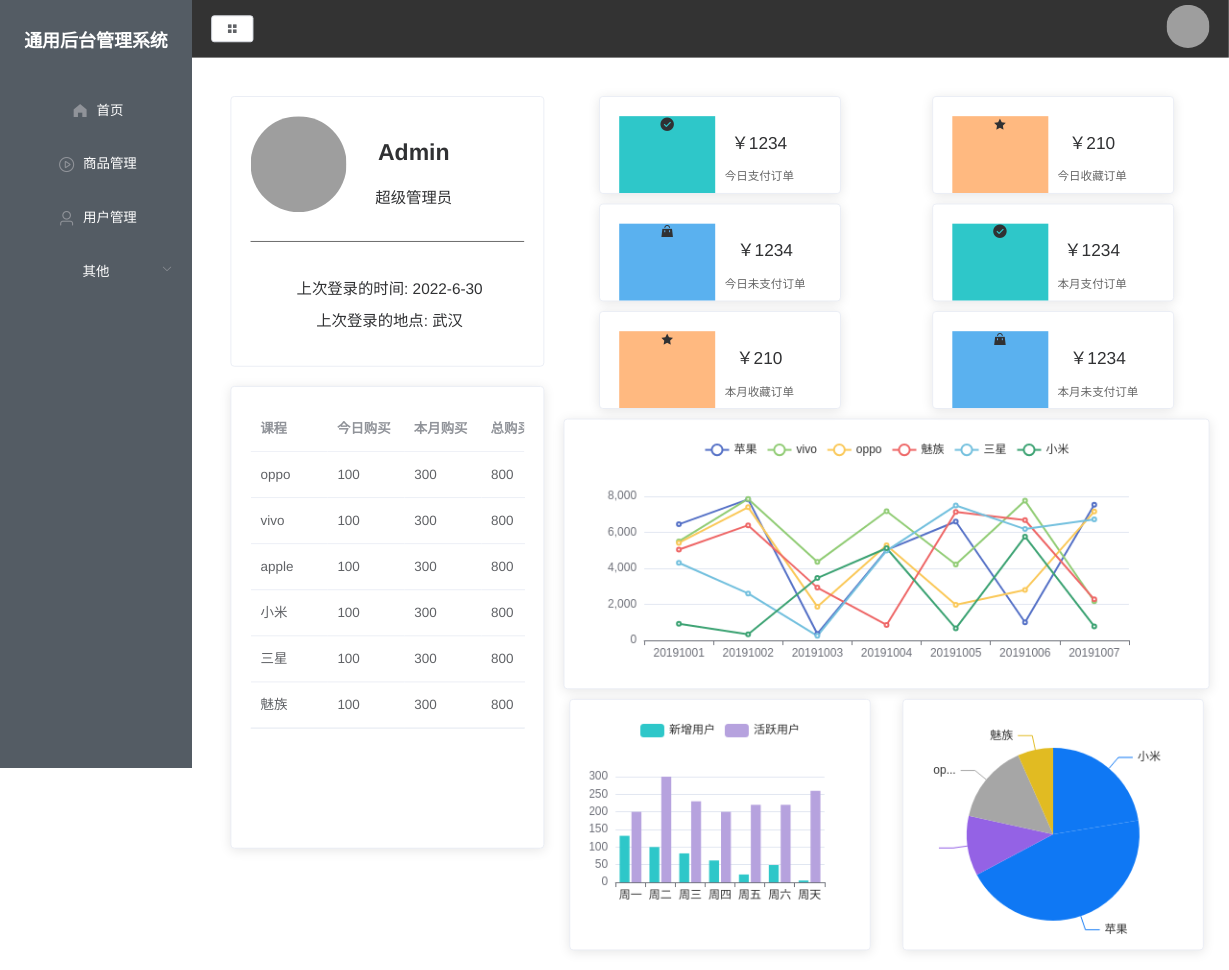
Repository: zhangwen001208/cmd
Page: /
An editor plug-in stored every save of this project. The page is shown before and after the next save, followed by the edit.
The browser window is 1280 px wide. The pictures show the whole page, at 96% of full size.
Pictures or frames that could not be fetched are drawn as grey boxes. The project was rebuilt for these pictures with package versions that can differ from the ones it lists, and the page was loaded fresh each time. Also part of the build but not shown: vue.config.js.

Above is the page before, as saved 2022-08-27 12:47:22.

### src/main.js
import Vue from 'vue'
import App from './App.vue'
import router from './router'
import store from './store'
import ElementUI from 'element-ui';
import 'element-ui/lib/theme-chalk/index.css';

import 'normalize.css'
import './assets/css/index.less'

import '../src/request/mock.js'

Vue.config.productionTip = false

Vue.use( ElementUI )

new Vue({
  router,
  store,

  render: h => h(App)
}).$mount('#app')

### src/App.vue
<template>
  <div id="app">
    <router-view/>
  </div>
</template>

<style lang="less">
#app {
  font-family: Avenir, Helvetica, Arial, sans-serif;
  -webkit-font-smoothing: antialiased;
  -moz-osx-font-smoothing: grayscale;
  text-align: center;
  color: #2c3e50;
}

nav {
  padding: 30px;

  a {
    font-weight: bold;
    color: #2c3e50;

    &.router-link-exact-active {
      color: #42b983;
    }
  }
}
</style>

### src/router/index.js

import Vue from 'vue'
import VueRouter from 'vue-router'


Vue.use(VueRouter)

//即路由地址为’ / ’ 的页面，重复点击后重定向到的页面依然是Home页面，也就是所谓的产生了冗余导航，
const VueRouterPush = VueRouter.prototype.push
VueRouter.prototype.push = function push (location) {
  return  VueRouterPush.call(this, location).catch(err => err)
}


const routes = [
  {
    path: '/',
    name: 'main',
    component: () => import('../views/Main.vue'),
    children: [
      {
        path: '',
        name: 'home',

        component:() => import('../views/home/home.vue')
      },
      {
        path: '/user',
        name: 'user',
        component:() => import('../views/user/user.vue')
      },
      {
        path: '/mall',
        name: 'mall',
        component:() => import('../views/mall/mall.vue')
      },
      {
        path: '/page1',
        name: 'page1',
        component:() => import('../views/other/pageOne.vue')
      },
      {
        path: '/page2',
        name: 'page2  ',
        component:() => import('../views/other/pageTwo.vue')
      }



    ]
  },

]

const router = new VueRouter({
  mode: 'history',
  base: process.env.BASE_URL,
  routes
})






export default router

### src/store/index.js
import Vue from 'vue'
import Vuex from 'vuex'
import tab from './tab'

Vue.use(Vuex)

export default new Vuex.Store({
  state: {
  },
  getters: {
  },
  mutations: {
  },
  actions: {
  },
  modules: {
    tab
  }
})

### src/assets/css/index.less
@import './base.less';

### src/request/mock.js
import Mock from 'mockjs'
import homeApi from './home.js'


Mock.mock('/home/getData',homeApi.getStatisticalData )

### src/views/Main.vue
<template>
  <div class="home">
      <el-container style="height: 100%">
        <el-aside width="auto">
          <home-aside/>
        </el-aside>
        <el-container>
          <el-header class="header">
            <home-header></home-header>
          </el-header>
          <el-main>
          <router-view></router-view>
          </el-main>
        </el-container>
    </el-container>


  </div>
</template>

<script>

// @ is an alias to /src

import HomeAside from '../components/HomeAside.vue'
import homeHeader from '../components/homeHeader.vue'

export default {
  name: 'HomeView',
  components: {
    HomeAside,
    homeHeader

  }
}
</script>
<style lang="less" scoped>
.header{
  background-color: #333;
}

</style>

### src/views/home/home.vue
<!-- eslint-disable vue/multi-word-component-names -->
<template>
    <div>
        <el-row class="home">
            <el-col :span="8" style="margin-top: 20px">
                <el-card shadow='hover'>
                    <div class="user">
                        <img :src="userImg">
                        <div class="userinfo">
                            <p class="name">Admin</p>
                            <p class="access">超级管理员</p>
                        </div>
                    </div>
                     <div class="login-info">
                            <p>上次登录的时间: <span>2022-6-30</span></p>
                            <p>上次登录的地点: <span>武汉</span></p>

                        </div>

                </el-card>
                <el-card style="margin-top: 20px; height: 480px">
                     <el-table
                        :data="tableData"
                        >
                        <el-table-column
                        v-for="(val, key) in tableLabel"
                         :key="key"
                         :prop= 'key'
                         :label= 'val'
                        >
                        </el-table-column>

                    </el-table>

                     </el-card>


            </el-col>
            <el-col :span="16" style="margin-top: 20px">
                <div class="num">
                    <el-card v-for="item in countData" :key="item.name" :body-style="{ display: 'flex', paddig: 0 }">
                        <i class="icon" :class="`el-icon-${item.icon}`" :style="{background: item.color}"></i>
                        <div class="detail">
                            <p class="num">￥{{item.value}}</p>
                            <p class="text">{{item.name}}</p>
                        </div>

                    </el-card>

                </div>
                <el-card style="height: 280px">
                    <div style="height: 280px" ref="echarts"></div>
                </el-card>

                <div class="graph">
                    <el-card style="height: 260px">
                        <div style="height: 240px" ref="userecharts"> </div>
                    </el-card>
                    <el-card style="height: 260px">
                        <div style="height: 240px" ref="videoecharts"> </div>
                    </el-card>
                </div>

            </el-col>

        </el-row>

    </div>
</template>

<script>
import { getData } from '../../request/data.js'
import * as echarts from 'echarts';



    export default {
        data() {
            return {
                userImg: require('../../assets/img/tx.jpeg'),
                tableData: [

                ],
                tableLabel: {
                    name: '课程',
                    todayBuy: '今日购买',
                    monthBuy: '本月购买',
                    totalBuy: '总购买'

                },
                countData: [
                    {
                        name: '今日支付订单',
                        value: '1234',
                        icon: 'success',
                        color: '#2ec7c9'
                    },
                    {
                        name: '今日收藏订单',
                        value: '210',
                        icon: 'star-on',
                        color: '#ffb980'
                    },
                    {
                        name: '今日未支付订单',
                        value: '1234',
                        icon: 's-goods',
                        color: '#5ab1ef'
                    },
                     {
                        name: '本月支付订单',
                        value: '1234',
                        icon: 'success',
                        color: '#2ec7c9'
                    },
                    {
                        name: '本月收藏订单',
                        value: '210',
                        icon: 'star-on',
                        color: '#ffb980'
                    },
                    {
                        name: '本月未支付订单',
                        value: '1234',
                        icon: 's-goods',
                        color: '#5ab1ef'
                    },
                ]
            }
        },
        mounted() {
            getData().then(res => {
                const { code, data } = res.data
                if(code === 20000){
                    this.tableData = data.tableData
                    const order = data.orderData
                    const xDate = order.date //拿到date作为x坐标
                    const keyArry = Object.keys(order.data[0])
                    const series = []
                    keyArry.forEach(key => {
                        series.push({
                            name: key ,
                            data: order.data.map(item => item[key]), //这样拿到的就是data里面的value
                            type: 'line' // 图型类型
                        })
                    })

                    const option = {
                          xAxis: {
                            data: xDate
                          },
                          yAxis: {},
                          legend: {
                            data: keyArry
                          },
                          series
                    }
                    const E = echarts.init(this.$refs.echarts)
                    E.setOption(option)

                    //柱状图
                    const userOption = {
                        legend: {
                            textStyle: {
                                color: '#333',
                            }
                        },
                        grid: {
                            trigger: 'axis'
                        },
                        xAxis: {
                            type: 'category',
                            data: data.userData.map(item => item.data),
                            axisLine:{
                               linestyle: {
                                color: '#17b3a3',
                               }
                            },
                            axisLabel: {
                                interval: 0,
                                color: '#333'
                            },
                        },
                        yAxis: [
                            {
                                type: 'value',
                                axisLine: {
                                    linestyle: {
                                        color: '#17b3a3'
                                    },
                                }
                            }
                        ],
                        color: ['#2ec7c9', '#b6a2de'],
                        series: [
                            {
                                name: '新增用户',
                                data: data.userData.map(item => item.new),
                                type: 'bar'
                            },
                             {
                                name: '活跃用户',
                                data: data.userData.map(item => item.active),
                                type: 'bar'
                            }
                        ]
                    }
                    const U = echarts.init(this.$refs.userecharts)
                    U.setOption(userOption)

                    //饼图
                    const videoOption = {
                        tooltip: {
                            trigger: 'itme'
                        },
                        color:[
                            '#0f78f4',
                            'dd536b',
                            '#9462e5',
                            '#a6a6a6',
                            '#e1bb22',
                            '#39c362',
                            '#3ed1cf'
                        ],
                        series: [
                            {
                                data: data.videoData,
                                type: 'pie'
                            }
                        ]
                    }

                    const V = echarts.init(this.$refs.videoecharts)
                    V.setOption(videoOption)

                }
                console.log(res)
            })
        },

    }
</script>

<style lang="less" scoped>
.user {
    display: flex;
    padding-bottom: 20px;
    border-bottom: 1px solid #666;

    img{
        width: 100px;
        height: 100px;
        border-radius: 50%;
        margin-right:  30px;
    }
    .name {
        font-weight: 800;
        font-size: 24px;
    }
    .user {
        font-size: 14px;
    }
}
.login-info {
    margin-top: 40px;
    margin-left: 5px;
}
.num {
    display: flex;
    flex-wrap: wrap;
    justify-content: space-around;

    i {
        display: block;
        width: 100px;

    }
    .el-card {
        width: 250px;
        height: 100px;
        margin-bottom : 10px ;
    }
    .detail {
        margin-left: 10px;
        .num {
        font-size: 18px;
         }
        .text {
            font-size: 12px;
            color: #666;
         }

    }







}
.el-card {
    margin-left: 20px;
}
.graph {
    display: flex;
    justify-content: space-around;
    margin-top: 10px;

    .el-card{
        width: 45%;
    }
}

</style>

### src/store/tab.js
export default {
    state: {
       isCollapse: false,
       tabsList: [
        {
            path: '/',
            name: 'home',
            label: '首页',
            icon: 'home'
        }
       ],
       currentMenu: null
    },
    mutations: {
        Collapsemenu(state) {
            state.isCollapse = !state.isCollapse
        },
        selectMenu(state, val) {
            if(val.name !== 'home') {
                state.currentMenu = val
                const result = state.tabsList.findIndex(item => item.name === val.name)

                if(result === -1) {
                    state.tabsList.push(val)
                }else {
                    state.currentMenu == null;
                }
            }
        }

    }
}

### src/assets/css/base.less

body{
    padding: 0;
    margin: 0;
}

html,body,#app {
    width: 100%;
    height: 100%;
}

### src/request/home.js
import Mock from 'mockjs'

let List = []

export default{
    getStatisticalData: () => {
        //Mock.Random.float 产生的随机数100到8000之间 保留小数
        for(let i = 0 ; i < 7; i++) {
            List.push(
                Mock.mock({
                    苹果: Mock.Random.float(100, 8000, 0, 0),
                    vivo: Mock.Random.float(100, 8000, 0, 0),
                    oppo: Mock.Random.float(100, 8000, 0, 0),
                    魅族: Mock.Random.float(100, 8000, 0, 0),
                    三星: Mock.Random.float(100, 8000, 0, 0),
                    小米: Mock.Random.float(100, 8000, 0, 0),
                })
            )
        }

        return {
            code: 20000,
            data: {
                //饼图
                videoData: [
                    {
                        name: '小米',
                        value: 2999
                    },
                    {
                        name: '苹果',
                        value: 5999
                    },
                    {
                        name: 'vivo',
                        value: 1500
                    },
                    {
                        name: 'opeo',
                        value: 1999
                    },
                    {
                        name: '魅族',
                        value: 888
                    },
                ],
                //柱状图
                userData: [
                    {
                        data: '周一',
                        new: 132,
                        active: 200
                    },
                    {
                        data: '周二',
                        new: 100,
                        active: 300
                    },
                    {
                        data: '周三',
                        new: 82,
                        active: 230
                    },
                    {
                        data: '周四',
                        new: 62,
                        active: 200
                    },
                    {
                        data: '周五',
                        new: 22,
                        active: 220
                    },
                    {
                        data: '周六',
                        new: 49,
                        active: 220
                    },
                    {
                        data: '周天',
                        new: 5,
                        active: 260
                    },

                ],
                //折线图
                orderData: {
                    date: ['20191001', '20191002', '20191003', '20191004', '20191005', '20191006', '20191007'],
                    data: List
                },

                tableData: [
                    {
                        name: 'oppo',
                        todayBuy: 100,
                        monthBuy: 300,
                        totalBuy: 800
                    },
                    {
                        name: 'vivo',
                        todayBuy: 100,
                        monthBuy: 300,
                        totalBuy: 800
                    },{
                        name: 'apple',
                        todayBuy: 100,
                        monthBuy: 300,
                        totalBuy: 800
                    },{
                        name: '小米',
                        todayBuy: 100,
                        monthBuy: 300,
                        totalBuy: 800
                    },{
                        name: '三星',
                        todayBuy: 100,
                        monthBuy: 300,
                        totalBuy: 800
                    },{
                        name: '魅族',
                        todayBuy: 100,
                        monthBuy: 300,
                        totalBuy: 800
                    }
                ],
            }
        }
    }
}

### src/components/HomeAside.vue
<template>
<el-menu  default-active="1-4-1"
    class="el-menu-vertical-demo"
     background-color= '#545c64'
     text-color="#fff"
     active-text-color="#ffd04b"
    @open="handleOpen" @close="handleClose"
    :collapse="isCollapse">
  <h3>{{isCollapse? '后台': '通用后台管理系统'}}</h3>
  <el-menu-item  @click="clickmenu(item)" v-for="item in nochildren" index="item.path" :key="item.path">
    <i :class="'el-icon-'+item.icon"></i>
    <span slot="title">{{item.label}}</span>
  </el-menu-item>
  <el-submenu v-for="item in haschildren" index="item.path" :key="item.path">
    <template slot="title">
      <i class="'el-icon-'+item.icon"></i>
      <span slot="title">{{item.label}}</span>
    </template>
    <el-menu-item-group v-for="subitem in item.children" index='subitem.path' :key="subitem.path">

      <el-menu-item @click="clickmenu(subitem)" index="1-1">{{subitem.label}}</el-menu-item>

    </el-menu-item-group>

  </el-submenu>


</el-menu>

</template>

<script>
export default {
    data() {
      return {

        menu:[
          {
            path: '/',
            name: 'home',
            label: '首页',
            icon: 's-home',
            url: 'Home/home'
          },
           {
            path: '/mall',
            name: 'mall',
            label: '商品管理',
            icon: 'video-play',
            url: 'MallManage/MallManage'
          },
           {
            path: '/user',
            name: 'user',
            label: '用户管理',
            icon: 'user',
            url: 'UserManage/UserManage'
          },
           {

            label: '其他',
            icon: 'location',
           children: [
            {
            path: '/page1',
            name: 'page1',
            label: '页面1',
            icon: 'setting',
            url: 'Other/pageOne'
            },
            {
            path: '/page2',
            name: 'page2',
            label: '页面2',
            icon: 'setting',
            url: 'Other/pageTwo'
            }

           ]
          }

        ]
      };
    },
    methods: {
      handleOpen(key, keyPath) {
        console.log(key, keyPath);
      },
      handleClose(key, keyPath) {
        console.log(key, keyPath);
      },
      clickmenu(item) {
        if(this.$router.path !== item.path) {
            this.$router.push({
            name: item.name,
        })
        }
        this.$store.commit('selectMenu', item)


      }
    },
    computed: {
      nochildren() {
        return this.menu.filter(item => !item.children)
      },
      haschildren() {
         return this.menu.filter(item => item.children)
      },
      isCollapse() {
        return  this.$store.state.tab.isCollapse
      }
    }
  }
</script>

<style lang="less" scoped>
  .el-menu-vertical-demo:not(.el-menu--collapse) {
    width: 200px;
    height: 800px;

  }
  .el-menu {
    height: 800px;
    border: none;
    h3{
      color: #fff;
      text-align: center;
      line-height: 48px;

    }
  }

</style>

### src/components/homeHeader.vue
<template>
   <header>
        <div class="l-content">
            <el-button @click="hadrlemenu" plain icon="el-icon-menu" size="mini"></el-button>
            <!-- <h3 style="color: #fff">首页</h3> -->
            <el-breadcrumb separator="/">
                    <el-breadcrumb-item v-for="item in tags" :key="item.path" :to="{ path: '/' }">首页</el-breadcrumb-item>
            </el-breadcrumb>
         </div>
         <div class="r-content">
            <el-dropdown trigger="click" szie="mini">
                <span>
                    <img class="user" :src="userImg">
                </span>
                <el-dropdown-menu slot="dropdown">
                    <el-dropdown-item>个人中心</el-dropdown-item>
                    <el-dropdown-item>退出</el-dropdown-item>
                </el-dropdown-menu>

            </el-dropdown>

         </div>
   </header>

</template>

<script>

import {mapState} from 'vuex'

    export default {
        name: 'homeHeader',
        data() {
            return {
                userImg: require('../assets/img/tx.jpeg')
            }
        },
        methods: {
            hadrlemenu() {
                this.$store.commit('Collapsemenu')
            }
        },
        computed: {
            ...mapState({
                tags: state => state.tabsList
            })
        }


    }
</script>

<style lang="less" scoped>
header {
    display: flex;
    height: 100%;
    justify-content: space-between;
    align-items: center;
    .l-content {
        display: flex;
        align-items: center;
        .el-button {
            margin-right: 15px;

        }
    }
    .r-content {
        .user {
            width: 45px;
            height: 45px;
            border-radius: 50%;
        }
    }
    .myColor /deep/ .el-breadcrumb__inner {
    color:white;
}
}


</style>

### src/request/data.js
import axios from 'axios'


export const getData = () => {
    return axios.request({
        url: '/home/getData'

    })
}

Loaded but not shown: public/index.html (common file)

After the next save:
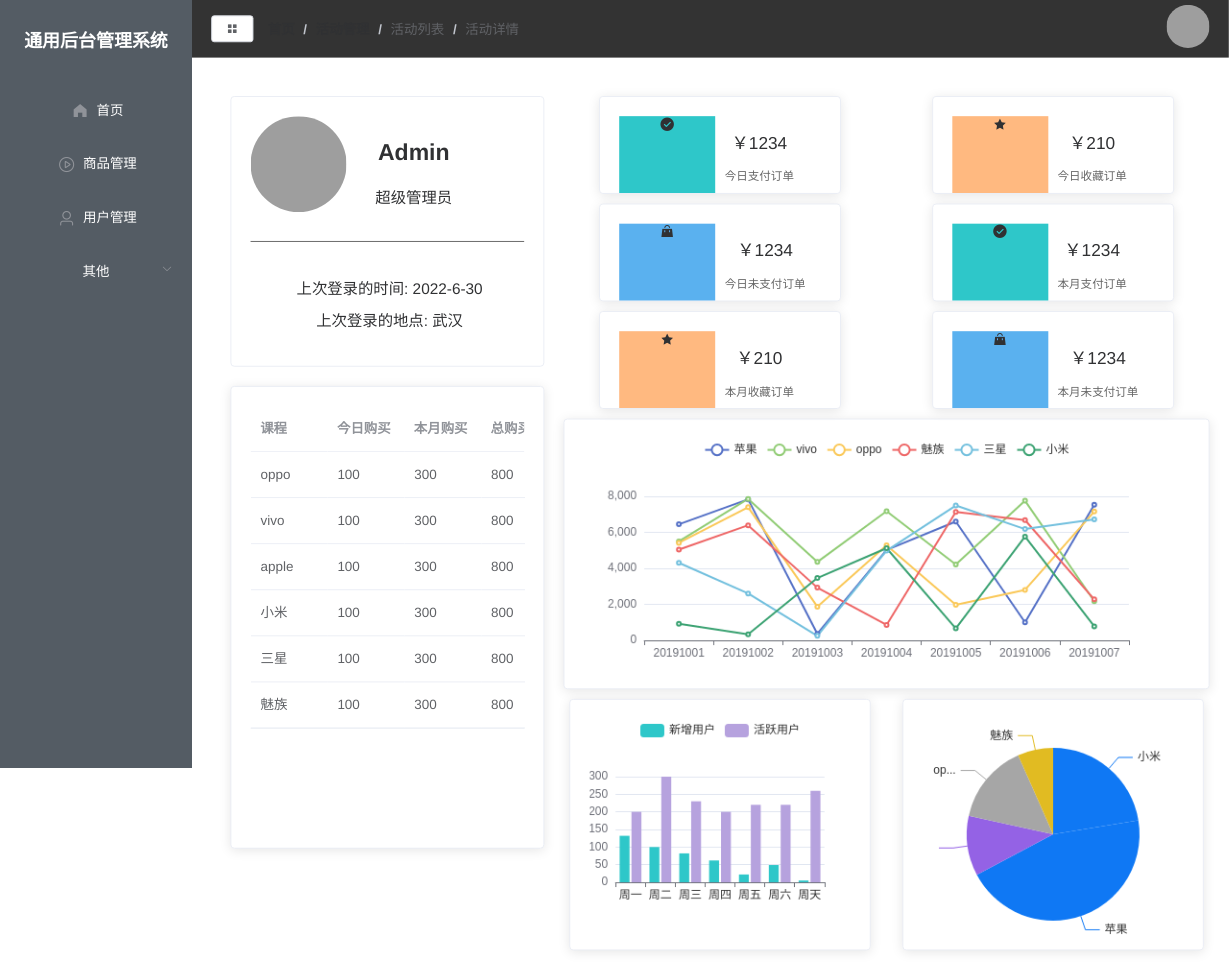
Saved 46 s later.
--- a/src/components/homeHeader.vue
+++ b/src/components/homeHeader.vue
@@ -4,7 +4,10 @@
             <el-button @click="hadrlemenu" plain icon="el-icon-menu" size="mini"></el-button>
             <!-- <h3 style="color: #fff">首页</h3> -->
             <el-breadcrumb separator="/">
-                    <el-breadcrumb-item v-for="item in tags" :key="item.path" :to="{ path: '/' }">首页</el-breadcrumb-item>
+                        <el-breadcrumb-item :to="{ path: '/' }">首页</el-breadcrumb-item>
+                        <el-breadcrumb-item><a href="/">活动管理</a></el-breadcrumb-item>
+                        <el-breadcrumb-item>活动列表</el-breadcrumb-item>
+                        <el-breadcrumb-item>活动详情</el-breadcrumb-item>
             </el-breadcrumb>
          </div>
          <div class="r-content">
